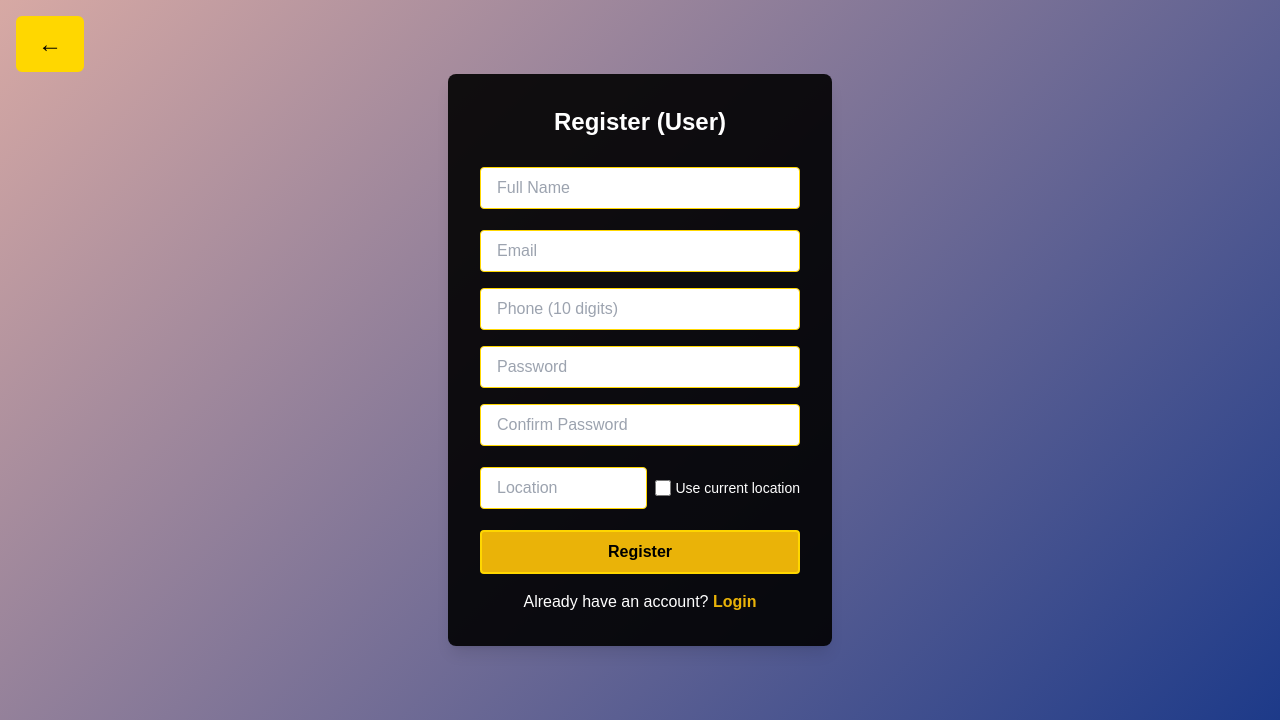
Repository: TenetiSrujana/SPOTnSORT
Page: /register (app in frontend/)
An editor plug-in stored every save of this project. The page is shown before and after the next save, followed by the edit.
The browser window is 1280 px wide. The pictures show the whole page.
Some web libraries are served in a nearby version. The project was rebuilt for these pictures with package versions that can differ from the ones it lists, and the page was loaded fresh each time. Also part of the build but not shown: frontend/src/components/PrivateRoute.jsx, frontend/src/pages/Landing.jsx, frontend/src/components/BubbleLayout.jsx, frontend/src/pages/Auth/Login.jsx, frontend/src/pages/User/UserHome.jsx, frontend/src/pages/User/ReportForm.jsx, frontend/src/pages/User/UserMap.jsx, frontend/src/pages/User/UserAnalysis.jsx and 6 more.

Above is the page before, as saved 2025-10-23 18:19:37.

### frontend/public/index.html
<!DOCTYPE html>
<html lang="en">
  <head>
    <meta charset="UTF-8" />
    <meta name="viewport" content="width=device-width, initial-scale=1.0" />
    <title>SpotnSort - Citizen Civic Reporting</title>

    <!-- Favicon (optional) -->
    <link rel="icon" href="%PUBLIC_URL%/favicon.ico" />

    <!-- Tailwind CSS (CDN for development; for production use PostCSS or CLI) -->
    <script src="https://cdn.tailwindcss.com"></script>

    <!-- Google Fonts (optional) -->
    <link
      href="https://fonts.googleapis.com/css2?family=Inter:wght@400;600;700&display=swap"
      rel="stylesheet"
    />

    <style>
      body {
        font-family: "Inter", sans-serif;
        background-color: #f9fafb;
        margin: 0;
        padding: 0;
      }
    </style>
  </head>
  <body>
    <div id="root"></div>

    <!-- Leaflet CSS (fixed, no integrity issue) -->
    <link
      rel="stylesheet"
      href="https://unpkg.com/leaflet@1.7.1/dist/leaflet.css"
      crossorigin=""
    />
  </body>
</html>

### frontend/src/index.js
// src/index.js
import React from "react";
import ReactDOM from "react-dom/client";
import { BrowserRouter } from "react-router-dom";
import App from "./App";
import "./styles/main.css"; // your main CSS

const root = ReactDOM.createRoot(document.getElementById("root"));
root.render(
  <React.StrictMode>
    <BrowserRouter>
      <App />
    </BrowserRouter>
  </React.StrictMode>
);

### frontend/src/App.jsx
// src/App.jsx
import { Routes, Route, Navigate } from "react-router-dom";
import PrivateRoute from "./components/PrivateRoute";
import BubblesBackground from "./components/BubblesBackground";
import { Toaster } from "react-hot-toast";

// Pages
import Landing from "./pages/Landing";
import Login from "./pages/Auth/Login";
import Register from "./pages/Auth/Register";
import UserHome from "./pages/User/UserHome";
import ReportForm from "./pages/User/ReportForm";
import UserMap from "./pages/User/UserMap";
import UserAnalysis from "./pages/User/UserAnalysis";
import Rewards from "./pages/User/Rewards";
import ViewReports from "./pages/User/ViewReports";
import AuthHome from "./pages/Authority/AuthHome";
import ManageReport from "./pages/Authority/ManageReport";
import AuthorityAnalysis from "./pages/Authority/AuthorityAnalysis";
import AuthorityMap from "./pages/Authority/AuthorityMap";

function App() {
  return (
    <>
      <Toaster position="top-center" reverseOrder={false} />
      <BubblesBackground />

      <div className="relative z-10 min-h-screen">
        <Routes>
          {/* Public */}
          <Route path="/" element={<Landing />} />
          <Route path="/login" element={<Login />} />
          <Route path="/register" element={<Register />} />

          {/* User */}
          <Route
            path="/user/home"
            element={
              <PrivateRoute role="user">
                <UserHome />
              </PrivateRoute>
            }
          />
          <Route
            path="/user/report"
            element={
              <PrivateRoute role="user">
                <ReportForm />
              </PrivateRoute>
            }
          />
          <Route
            path="/user/map"
            element={
              <PrivateRoute role="user">
                <UserMap />
              </PrivateRoute>
            }
          />
          <Route
            path="/user/analysis"
            element={
              <PrivateRoute role="user">
                <UserAnalysis />
              </PrivateRoute>
            }
          />
          <Route
            path="/user/rewards"
            element={
              <PrivateRoute role="user">
                <Rewards />
              </PrivateRoute>
            }
          />
          <Route
            path="/user/reports"
            element={
              <PrivateRoute role="user">
                <ViewReports />
              </PrivateRoute>
            }
          />
          <Route path="/user/*" element={<Navigate to="/user/home" replace />} />

          {/* Authority */}
          <Route
            path="/authority/home"
            element={
              <PrivateRoute role="authority">
                <AuthHome />
              </PrivateRoute>
            }
          />
          <Route
            path="/authority/manage"
            element={
              <PrivateRoute role="authority">
                <ManageReport />
              </PrivateRoute>
            }
          />
          <Route
            path="/authority/analysis"
            element={
              <PrivateRoute role="authority">
                <AuthorityAnalysis />
              </PrivateRoute>
            }
          />
          <Route
            path="/authority/map"
            element={
              <PrivateRoute role="authority">
                <AuthorityMap />
              </PrivateRoute>
            }
          />
          <Route
            path="/authority/*"
            element={<Navigate to="/authority/home" replace />}
          />
        </Routes>
      </div>
    </>
  );
}

export default App;

### frontend/src/styles/main.css
/* main.css - Black / White / Yellow theme with bubbles */

/* Global styles */
html {
  scroll-behavior: smooth;
  height: 100%;
}

body, #root {
  margin: 0;
  padding: 0;
  height: 100%;
  font-family: 'Arial', sans-serif;
  background-color: transparent; /* changed from #000 so bubbles show */
  overflow-x: hidden;
  overflow-y: auto;
  color: #fff;
}

/* Bubbles Background */
.bubbles-bg {
  position: fixed;
  width: 100%;
  height: 100%;
  top: 0;
  left: 0;
  overflow: hidden;
  z-index: -1; /* behind everything */
}

.bubble {
  position: absolute;
  bottom: -100px;
  width: 20px;
  height: 20px;
  background: rgba(255, 255, 255, 0.5);
  border-radius: 50%;
  animation: rise 6s linear infinite;
}

/* Different bubble positions & sizes */
.bubble:nth-child(1) { left: 5%; animation-duration: 5s; width: 15px; height: 15px; }
.bubble:nth-child(2) { left: 15%; animation-duration: 6s; width: 20px; height: 20px; }
.bubble:nth-child(3) { left: 25%; animation-duration: 7s; width: 25px; height: 25px; }
.bubble:nth-child(4) { left: 35%; animation-duration: 5.5s; width: 18px; height: 18px; }
.bubble:nth-child(5) { left: 50%; animation-duration: 6.5s; width: 22px; height: 22px; }
.bubble:nth-child(6) { left: 65%; animation-duration: 7s; width: 20px; height: 20px; }
.bubble:nth-child(7) { left: 75%; animation-duration: 5.2s; width: 18px; height: 18px; }
.bubble:nth-child(8) { left: 85%; animation-duration: 6.8s; width: 25px; height: 25px; }

/* Bubble animation */
@keyframes rise {
  0% { transform: translateY(0) scale(1); opacity: 1; }
  100% { transform: translateY(-120vh) scale(0.5); opacity: 0; }
}

/* Page wrapper for content above bubbles */
.page-wrapper {
  position: relative;
  min-height: 100vh;
  display: flex;
  flex-direction: column;
  text-align: center;
  padding: 20px;
  z-index: 1; /* above bubbles */
}

/* Section spacing */
section {
  width: 100%;
  padding: 80px 20px;
  margin-bottom: 40px;
}

/* Headings */
h1, h2, h3, h4, p, label {
  color: #ffffff;
}

/* Buttons */
button {
  cursor: pointer;
  font-weight: bold;
  border: 2px solid #FFD700;
  border-radius: 6px;
  padding: 10px 20px;
  background-color: #FFD700;
  color: #000;
  z-index: 2;
  transition: all 0.2s ease;
}

button:hover {
  background-color: #fff;
  color: #FFD700;
  transform: scale(1.05);
}

/* Input fields */
input, select, textarea {
  padding: 10px;
  border-radius: 6px;
  border: 1px solid #FFD700;
  background-color: #fff;
  color: #000;
  width: 100%;
  margin: 5px 0;
  outline: none;
  z-index: 2;
}

/* Forms */
.form-container {
  background: rgba(0,0,0,0.85); /* semi-transparent black overlay */
  padding: 30px;
  border-radius: 10px;
  width: 90%;
  max-width: 400px;
  box-shadow: 0 0 20px rgba(255, 215, 0, 0.5);
  z-index: 2;
}

/* Cards */
.card {
  background: rgba(0,0,0,0.6);
  padding: 20px;
  border-radius: 15px;
  box-shadow: 0 0 15px rgba(255, 215, 0, 0.4);
  margin: 10px 0;
}

/* Analytics chart container */
.chart-container {
  max-width: 900px;
  width: 100%;
  margin: 0 auto;
  height: 400px;
}

/* Footer */
footer {
  background-color: rgba(0,0,0,0.8);
  padding: 20px;
  text-align: center;
  z-index: 1;
}

### frontend/src/components/BubblesBackground.jsx
// src/components/BubblesBackground.jsx
import React from "react";

const BubblesBackground = () => {
  return (
    <div
      className="fixed inset-0 -z-10"
      style={{
        background: "linear-gradient(135deg, #D7A9A4, #1D3A89)",
        backgroundSize: "cover",
        minHeight: "100vh",
        width: "100%",
      }}
    ></div>
  );
};

export default BubblesBackground;

### frontend/src/pages/Auth/Register.jsx
import React, { useState, useEffect, useRef } from "react";
import { useNavigate, useLocation } from "react-router-dom";
import { register } from "../../services/auth"; // your existing register service
import "../../styles/main.css";

const authorityRoles = [
  "Municipality Worker",
  "Sanitation Worker",
  "Traffic Authority",
  "Police",
  "Other",
];

const Register = () => {
  const navigate = useNavigate();
  const location = useLocation();
  const queryParams = new URLSearchParams(location.search);
  const roleFromQuery = queryParams.get("role") || "user";

  const [role, setRole] = useState(roleFromQuery);
  const [fullName, setFullName] = useState("");
  const [email, setEmail] = useState("");
  const [phone, setPhone] = useState("");
  const [password, setPassword] = useState("");
  const [confirmPassword, setConfirmPassword] = useState("");
  const [locationVal, setLocationVal] = useState("");
  const [useCurrentLocation, setUseCurrentLocation] = useState(false);
  const [idNumber, setIdNumber] = useState("");
  const [idFile, setIdFile] = useState(null);
  const [authorityRole, setAuthorityRole] = useState("");
  const [error, setError] = useState("");

  const fileInputRef = useRef();

  useEffect(() => {
    setRole(roleFromQuery);
  }, [roleFromQuery]);

  // Fetch current location if checkbox is checked
  useEffect(() => {
    if (useCurrentLocation && navigator.geolocation) {
      navigator.geolocation.getCurrentPosition(
        (pos) => {
          const { latitude, longitude } = pos.coords;
          setLocationVal(`Lat: ${latitude.toFixed(4)}, Lon: ${longitude.toFixed(4)}`);
        },
        (err) => {
          console.error(err);
          setError("Unable to fetch current location. Please enter manually.");
          setUseCurrentLocation(false);
        }
      );
    }
  }, [useCurrentLocation]);

  const handleFile = (e) => {
    const file = e.target.files[0];
    if (file) setIdFile(file);
  };

  // ✅ Simple email validation
  const isValidEmail = (email) => /^[^\s@]+@[^\s@]+\.[^\s@]+$/.test(email);

  // ✅ Handle submit
  const handleSubmit = async (e) => {
    e.preventDefault();
    setError("");

    if (password !== confirmPassword) {
      setError("Passwords do not match");
      return;
    }

    if (!isValidEmail(email)) {
      setError("Please enter a valid email address.");
      return;
    }

    if (!/^\d{10}$/.test(phone)) {
      setError("Phone number must be exactly 10 digits.");
      return;
    }

    if (role === "authority") {
      if (!idNumber && !idFile) {
        setError("Please provide either ID Number or upload your ID card.");
        return;
      }
      if (!authorityRole) {
        setError("Please select your authority role.");
        return;
      }
    }

    try {
      await register({
        role,
        fullName,
        email,
        phone,
        password,
        location: locationVal,
        idNumber,
        idFile,
        authorityRole,
      });

      if (role === "user") navigate("/user/home");
      else navigate("/authority/home");
    } catch (err) {
      setError(err.message || "Registration failed");
    }
  };

  return (
    <div className="page-wrapper flex flex-col justify-center items-center min-h-screen text-white relative overflow-hidden">
      {/* Back arrow */}
      <button
        className="absolute top-4 left-4 text-black text-2xl z-50"
        onClick={() => navigate("/")}
        title="Back to Landing Page"
      >
        ←
      </button>

      <div className="bg-black bg-opacity-90 p-8 rounded-lg shadow-lg w-96 flex flex-col items-center z-50">
        <h2 className="text-2xl font-bold mb-6">
          Register ({role === "user" ? "User" : "Authority"})
        </h2>

        {error && <p className="text-red-500 mb-4 text-center">{error}</p>}

        <form className="w-full flex flex-col space-y-4" onSubmit={handleSubmit} autoComplete="on">
          <input
            type="text"
            placeholder="Full Name"
            className="px-4 py-2 rounded bg-white text-black focus:outline-yellow-500"
            value={fullName}
            onChange={(e) => setFullName(e.target.value)}
            required
            autoComplete="name"
          />

          <input
            type="email"
            placeholder="Email"
            className="px-4 py-2 rounded bg-white text-black focus:outline-yellow-500"
            value={email}
            onChange={(e) => setEmail(e.target.value)}
            required
            autoComplete="email"
          />

          <input
            type="tel"
            placeholder="Phone (10 digits)"
            className="px-4 py-2 rounded bg-white text-black focus:outline-yellow-500"
            value={phone}
            onChange={(e) => {
              // ✅ restrict to 10 digits
              const onlyNums = e.target.value.replace(/\D/g, "");
              if (onlyNums.length <= 10) setPhone(onlyNums);
            }}
            required
            autoComplete="tel"
          />

          <input
            type="password"
            placeholder="Password"
            className="px-4 py-2 rounded bg-white text-black focus:outline-yellow-500"
            value={password}
            onChange={(e) => setPassword(e.target.value)}
            required
            autoComplete="new-password"
          />

          <input
            type="password"
            placeholder="Confirm Password"
            className="px-4 py-2 rounded bg-white text-black focus:outline-yellow-500"
            value={confirmPassword}
            onChange={(e) => setConfirmPassword(e.target.value)}
            required
            autoComplete="new-password"
          />

          {/* Location */}
          <div className="flex items-center justify-between w-full">
            <input
              type="text"
              placeholder="Location"
              className="flex-1 px-4 py-2 rounded bg-white text-black focus:outline-yellow-500 mr-2"
              value={locationVal}
              onChange={(e) => setLocationVal(e.target.value)}
              required={!useCurrentLocation}
              disabled={useCurrentLocation}
              autoComplete="street-address"
            />
            <label className="flex items-center text-white text-sm cursor-pointer">
              <input
                type="checkbox"
                checked={useCurrentLocation}
                onChange={(e) => setUseCurrentLocation(e.target.checked)}
                className="w-4 h-4"
              />
              <span className="ml-1">Use current location</span>
            </label>
          </div>

          {/* Authority-only fields */}
          {role === "authority" && (
            <>
              <div className="flex flex-col gap-2">
                <input
                  type="text"
                  placeholder="ID Number (Government Issued)"
                  className="px-4 py-2 rounded bg-white text-black focus:outline-yellow-500"
                  value={idNumber}
                  onChange={(e) => setIdNumber(e.target.value)}
                />
                <div className="flex items-center gap-2">
                  <button
                    type="button"
                    className="px-3 py-2 bg-yellow-400 text-black rounded hover:bg-yellow-500 transition"
                    onClick={() => fileInputRef.current.click()}
                  >
                    Upload ID Card
                  </button>
                  {idFile && <span className="text-sm">{idFile.name}</span>}
                  <input
                    type="file"
                    accept="image/*,application/pdf"
                    className="hidden"
                    ref={fileInputRef}
                    onChange={handleFile}
                  />
                </div>
              </div>

              <select
                value={authorityRole}
                onChange={(e) => setAuthorityRole(e.target.value)}
                className="px-4 py-2 rounded bg-white text-black focus:outline-yellow-500"
                required
              >
                <option value="">-- Select Authority Role --</option>
                {authorityRoles.map((r, idx) => (
                  <option key={idx} value={r}>
                    {r}
                  </option>
                ))}
              </select>
            </>
          )}

          <button
            type="submit"
            className="px-6 py-2 bg-yellow-500 text-black font-semibold rounded hover:bg-yellow-600 transition mt-2"
          >
            Register
          </button>
        </form>

        <p className="mt-4 text-white text-center">
          Already have an account?{" "}
          <span
            className="text-yellow-500 cursor-pointer hover:underline font-semibold"
            onClick={() => navigate(`/login?role=${role}`)}
          >
            Login
          </span>
        </p>
      </div>
    </div>
  );
};

export default Register;

### frontend/src/services/auth.js
// src/services/auth.js
const STORAGE_KEY = "spotnsort_users";
const CURRENT_USER = "spotnsort_current_user";

export function setCurrentUser(userData) {
  localStorage.setItem(CURRENT_USER, JSON.stringify(userData));
}

export function getCurrentUser() {
  const data = localStorage.getItem(CURRENT_USER);
  return data ? JSON.parse(data) : null;
}

export function logout() {
  localStorage.removeItem(CURRENT_USER);
}

export async function register(userInfo) {
  return new Promise((resolve, reject) => {
    setTimeout(() => {
      const users = JSON.parse(localStorage.getItem(STORAGE_KEY)) || [];
      const exists = users.find(u => u.email.toLowerCase() === userInfo.email.toLowerCase() && u.role === userInfo.role);
      if (exists) return reject({ message: "User already exists" });
      users.push(userInfo);
      localStorage.setItem(STORAGE_KEY, JSON.stringify(users));
      setCurrentUser(userInfo);
      resolve({ user: userInfo });
    }, 700);
  });
}

export async function login(credentials) {
  return new Promise((resolve, reject) => {
    setTimeout(() => {
      const users = JSON.parse(localStorage.getItem(STORAGE_KEY)) || [];
      const user = users.find(u => u.email.toLowerCase() === credentials.email.toLowerCase() && u.password === credentials.password && u.role === credentials.role);
      if (!user) return reject({ message: "Invalid email, password, or role" });
      setCurrentUser(user);
      resolve({ user });
    }, 700);
  });
}

After the next save:
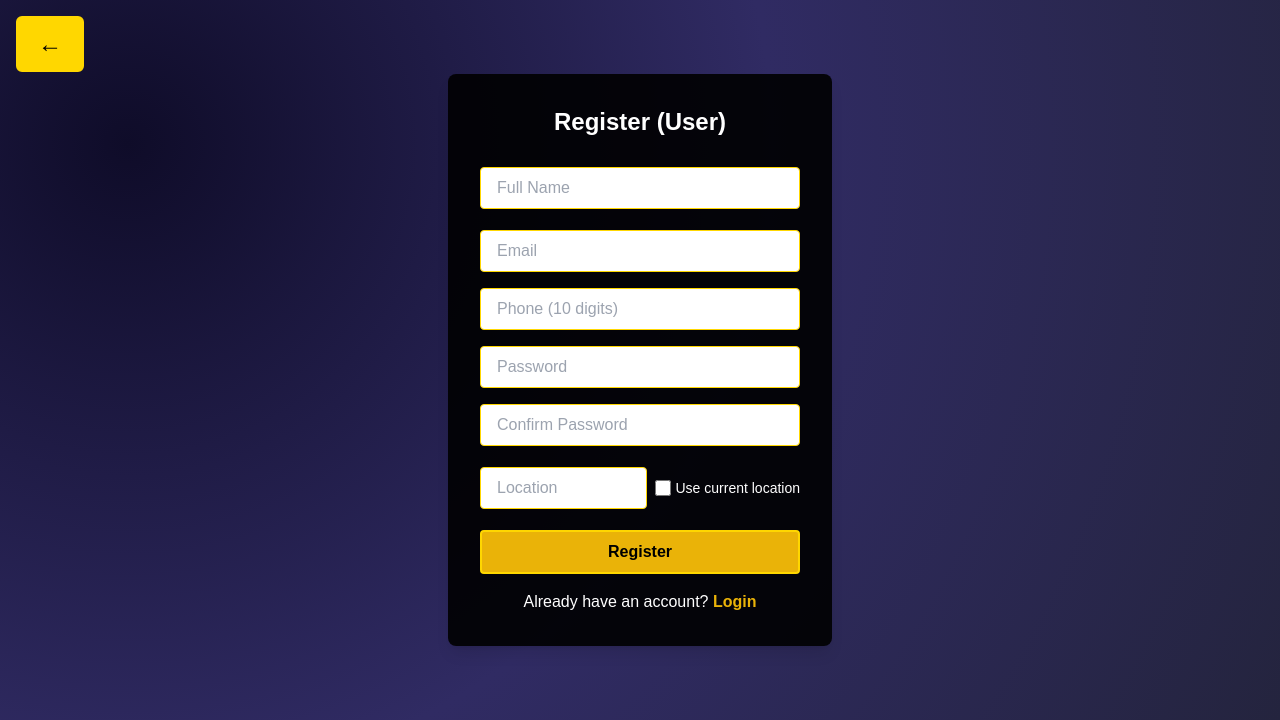
Saved 119 s later.
--- a/frontend/src/components/BubblesBackground.jsx
+++ b/frontend/src/components/BubblesBackground.jsx
@@ -6,7 +6,7 @@ const BubblesBackground = () => {
     <div
       className="fixed inset-0 -z-10"
       style={{
-        background: "linear-gradient(135deg, #D7A9A4, #1D3A89)",
+        background: "radial-gradient(circle at 10% 20%, #0f0c29, #302b63, #24243e)",
         backgroundSize: "cover",
         minHeight: "100vh",
         width: "100%",
